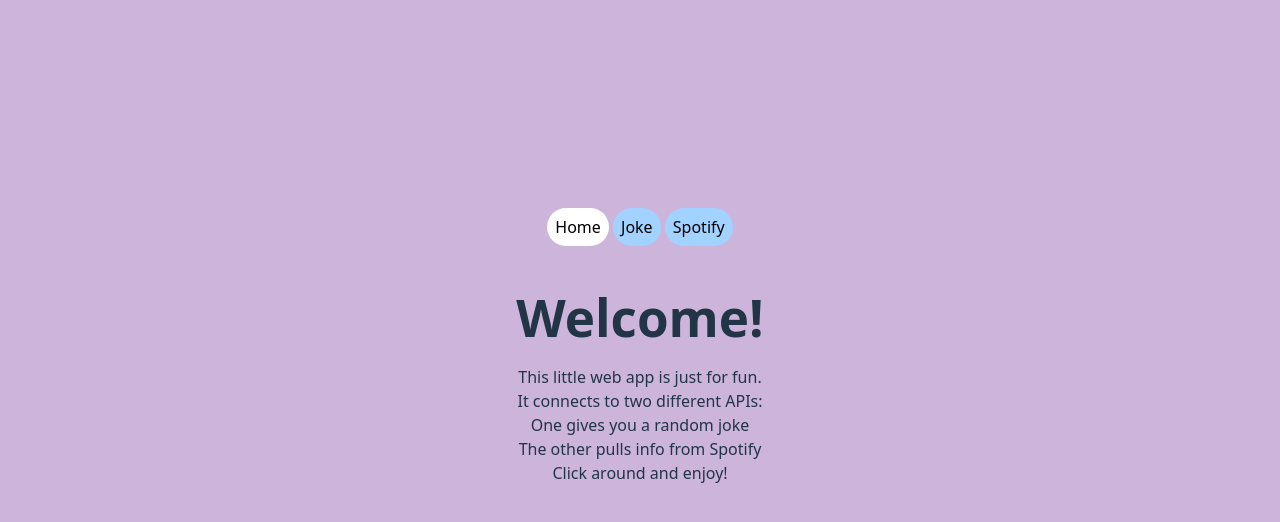
Repository: rosieomusic/spotify-react
Page: /
These files come from the project's save history. The page is drawn as it stood at one moment and after the next save; the edit follows.
The browser window is 1280 px wide. The pictures show the whole page.
The project was rebuilt for these pictures with package versions that can differ from the ones it lists, and the page was loaded fresh each time. Settings that the repository does not hold, such as keys and server addresses, were given made-up values. Also part of the build but not shown: vite.config.js, src/services/SpotifyService.js, src/components/AlbumComponent.jsx, src/pages/SpotifyPage.jsx, src/services/JokeService.js, src/pages/JokePage.jsx.

Above is the page before, as saved 2025-05-09 20:12:15.

After the next save:
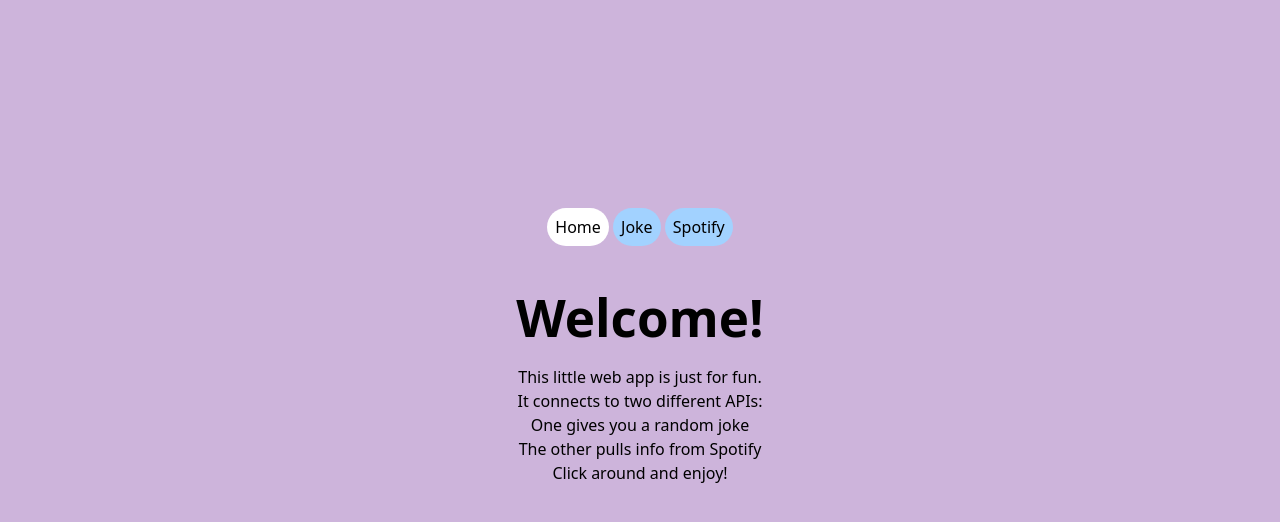
Saved 34 s later.
--- a/src/index.css
+++ b/src/index.css
@@ -30,16 +30,3 @@ button {
 	background-color: white;
 	cursor: pointer;
 }
-
-@media (prefers-color-scheme: light) {
-	:root {
-		color: #213547;
-		background-color: #ffffff;
-	}
-	a:hover {
-		color: #747bff;
-	}
-	button {
-		background-color: #f9f9f9;
-	}
-}
